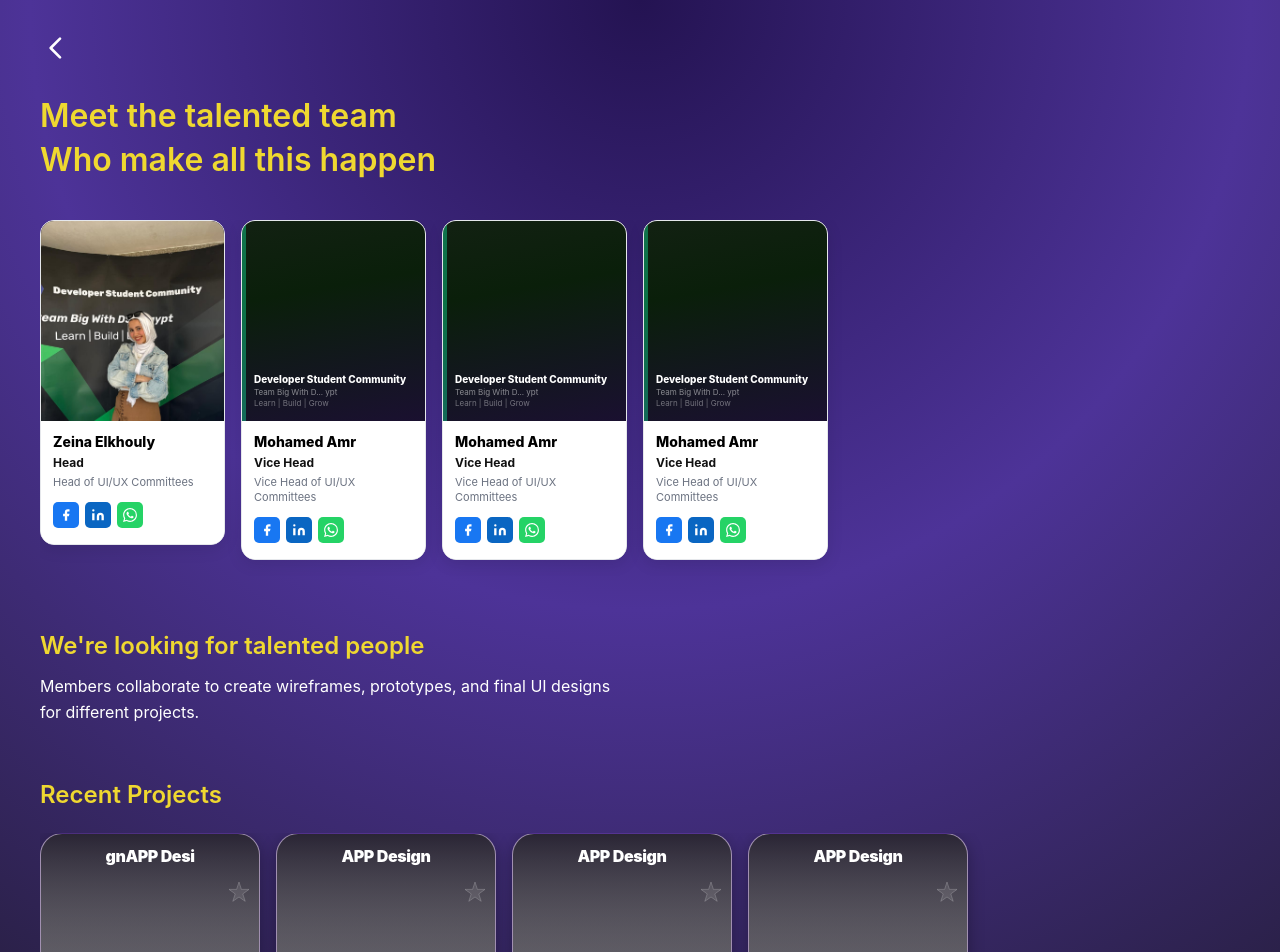
Repository: Frontend-Committee/StarUnion-Website
Page: /committees/artificial-intelligence
The author's editor kept a copy of each file at every save. The page is drawn from the files as they stood at one save, then again after a run of saves.
The browser window is 1280 px wide. The pictures show the part of the page from y = 0 to 952 px (the page is 1195 px tall).
Pictures or frames that could not be fetched are drawn as grey boxes. The project was rebuilt for these pictures with package versions that can differ from the ones it lists, and the page was loaded fresh each time. Also part of the build but not shown: vite.config.js, src/features/committees/components/CommitteeBadge.jsx, src/features/committees/components/CommitteeCard.jsx, src/features/committees/pages/CommitteesPage.jsx, src/components/common/Navbar.jsx, src/components/common/Footer.jsx.

Above is the page before, as saved 2026-02-26 03:43:53.

After the next 4 saves:
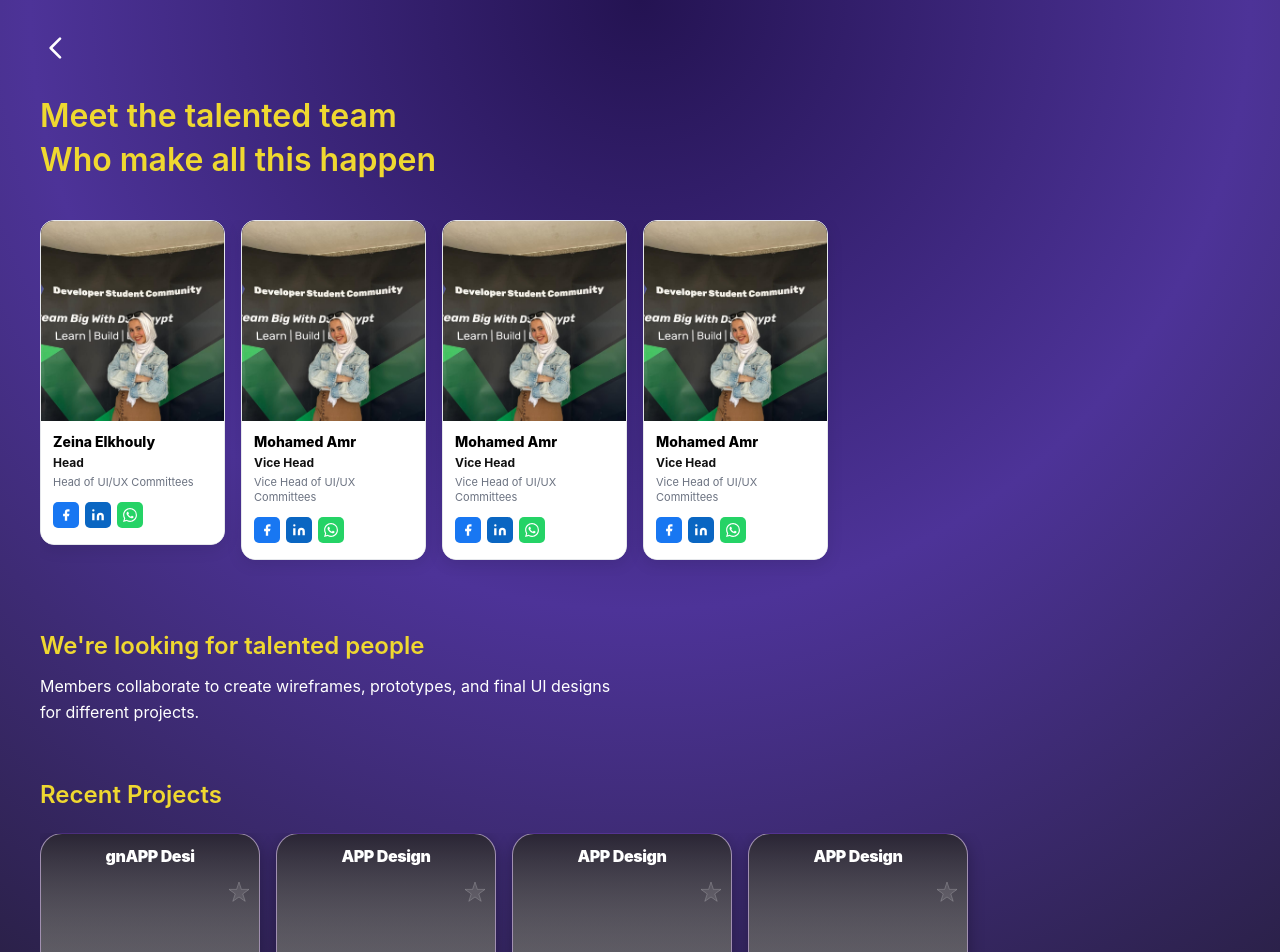
The 4 saves are shown as one change because they came seconds apart.
The last was saved 12 s later.
--- a/src/utils/constants.js
+++ b/src/utils/constants.js
@@ -137,7 +137,7 @@ export const MOCK_TEAM_MEMBERS = [
     name: "Mohamed Amr",
     role: "Vice Head",
     description: "Vice Head of UI/UX Committees",
-    photo: null,
+    photo: Zeina,
     socials: { facebook: "#", linkedin: "#", instagram: "#" },
   },
   {
@@ -145,7 +145,7 @@ export const MOCK_TEAM_MEMBERS = [
     name: "Mohamed Amr",
     role: "Vice Head",
     description: "Vice Head of UI/UX Committees",
-    photo: null,
+    photo: Zeina,
     socials: { facebook: "#", linkedin: "#", instagram: "#" },
   },
   {
@@ -153,7 +153,7 @@ export const MOCK_TEAM_MEMBERS = [
     name: "Mohamed Amr",
     role: "Vice Head",
     description: "Vice Head of UI/UX Committees",
-    photo: null,
+    photo: Zeina,
     socials: { facebook: "#", linkedin: "#", instagram: "#" },
   },
 ];
